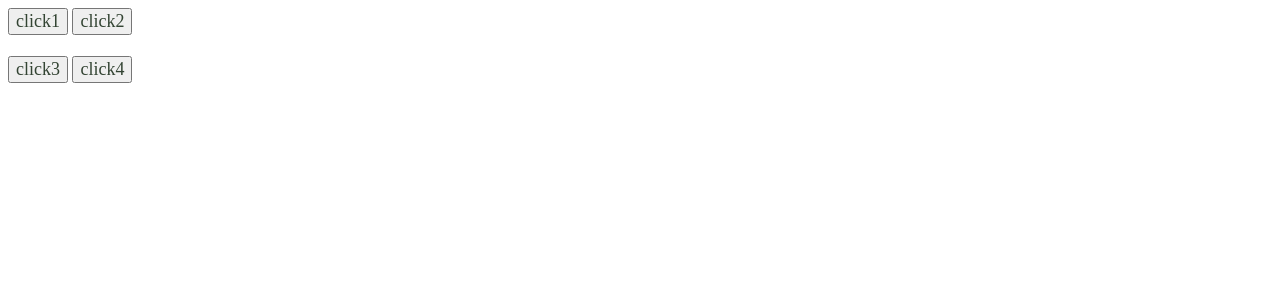
Repository: youngsik0405/Web-study
Page: JsonApp/WebContent/JsonTest06.html
These files come from the project's save history. The page is drawn as it stood at one moment and after the next save; the edit follows.
The browser window is 1280 px wide. The pictures show the whole page.

Above is the page before, as saved 2025-02-05 02:29:26.

After the next save:
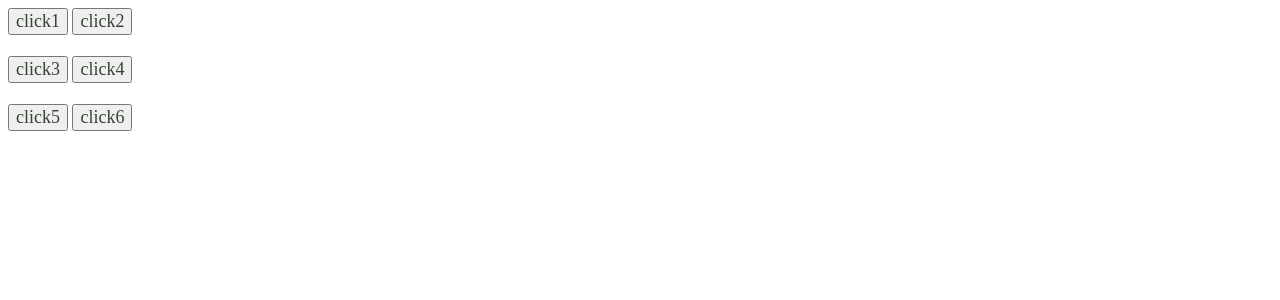
Saved 35 s later.
--- a/JsonApp/WebContent/JsonTest06.html
+++ b/JsonApp/WebContent/JsonTest06.html
@@ -65,6 +65,16 @@
 		onclick="myJsonObject6.test=false; alert(typeof myJsonObject6.test)">
 	<!-- boolean -->
 
+	<br><br>
+
+	<input type="button" value="click5"
+		onclick="myJsonObject6.test=123; alert(myJsonObject6.test)">
+	<!-- false -->
+
+	<input type="button" value="click6"
+		onclick="myJsonObject6.test=123; alert(typeof myJsonObject6.test)">
+	<!-- boolean -->
+
 </form>
 
 
